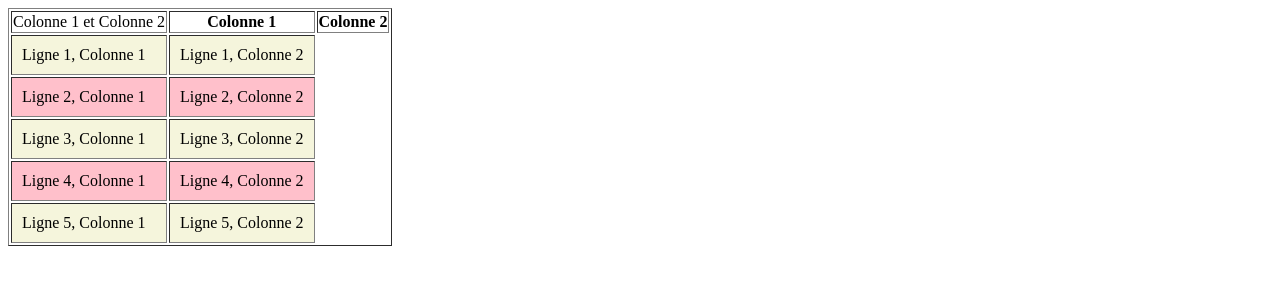
Repository: Chaimaa482/web-tp4
Page: ex1.html
These files come from the project's save history. The page is drawn as it stood at one moment and after the next save; the edit follows.
The browser window is 1280 px wide. The pictures show the whole page.

Above is the page before, as saved 2023-10-22 15:42:41.

### ex1.html
<!DOCTYPE html>
<html>
<head>
</head>
<body>
    <table id="myTable" border="1">
        <tr>
            <th>Colonne 1</th>
            <th>Colonne 2</th>
        </tr>
        <tr>
            <td>Ligne 1, Colonne 1</td>
            <td>Ligne 1, Colonne 2</td>
        </tr>
        <tr>
            <td>Ligne 2, Colonne 1</td>
            <td>Ligne 2, Colonne 2</td>
        </tr>
        <tr>
            <td>Ligne 3, Colonne 1</td>
            <td>Ligne 3, Colonne 2</td>
        </tr>
        <tr>
            <td>Ligne 4, Colonne 1</td>
            <td>Ligne 4, Colonne 2</td>
        </tr>
        <tr>
            <td>Ligne 5, Colonne 1</td>
            <td>Ligne 5, Colonne 2</td>
        </tr>
    </table>

    <script>
        var table = document.getElementById("myTable");
        var cells = table.getElementsByTagName("td");


    var firstRow = table.rows[0];
    var firstCell = firstRow.insertCell(0);
    firstCell.innerHTML = "Colonne 1 et Colonne 2";
    //firstCell.colSpan = 2;


        // Donner une couleur de fond rose aux lignes paires et beige aux lignes impaires
        var rows = table.querySelectorAll("tr");
        for (var i = 1; i < rows.length; i++) {
            if (i % 2 === 0) {
                rows[i].style.backgroundColor = "pink";
            } else {
                rows[i].style.backgroundColor = "beige";
            }
        }

        // Donner une classe col1 aux colonnes paires et col2 aux colonnes impaires
        var cellsCol1 = table.getElementsByClassName("col1");
        var cellsCol2 = table.getElementsByClassName("col2");
        for (var i = 0; i < cells.length; i++) {
            if (i % 2 === 0) {
                cells[i].className = "col1";
            } else {
                cells[i].className = "col2";
            }
        }

        // Augmenter le padding de toutes les cellules sauf celles de la première ligne
        for (var i = 1; i < cells.length; i++) {
            cells[i].style.padding = "10px";
        }
    </script>
</body>
</html>

After the next save:
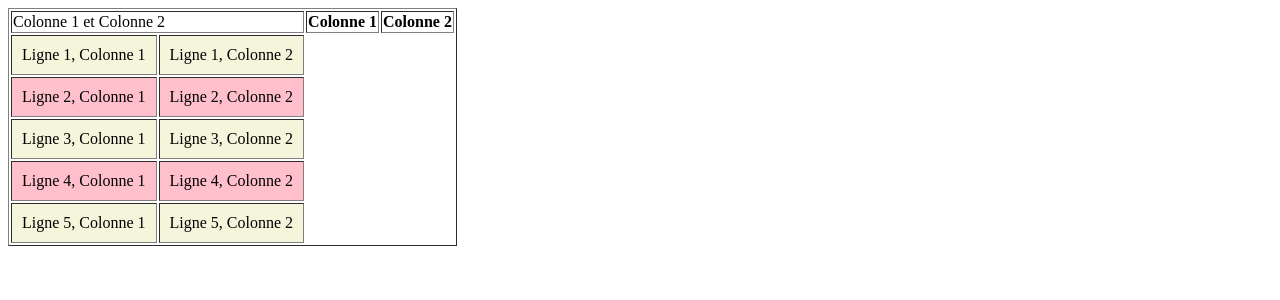
Saved 5 s later.
--- a/ex1.html
+++ b/ex1.html
@@ -38,7 +38,7 @@
     var firstRow = table.rows[0];
     var firstCell = firstRow.insertCell(0);
     firstCell.innerHTML = "Colonne 1 et Colonne 2";
-    //firstCell.colSpan = 2;
+    firstCell.colSpan = 2;
 
 
         // Donner une couleur de fond rose aux lignes paires et beige aux lignes impaires
